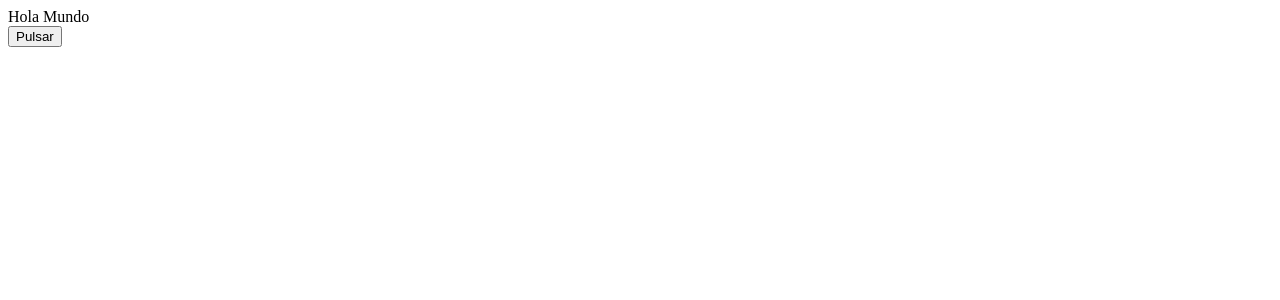
Repository: davidperezmillan/html5Public
Page: index.html
The author's editor kept a record of every edit. The page is drawn from the files as they stood at one moment, then again after the next edit.
The browser window is 1280 px wide. The pictures show the whole page.
After loading, the first visible `#btnChange` was clicked once.

Above is the page before.

### index.html
<!DOCTYPE html>
<html>
    <head>
        <title> </title>
    <script type="text/javascript"src="/js/jquery-1.10.2.js"></script>
    </head>
    <body>
    <div id="textChange">Hola Mundo</div>
    <button id="btnChange">Pulsar</button>

    <script>
        $(document).ready(function() {
        	$("#btnChange").click(function (){

	        });
        });


    </script>
    </body>
</html>

Loaded but not shown: js/jquery-1.10.2.js (library)

After the next edit:
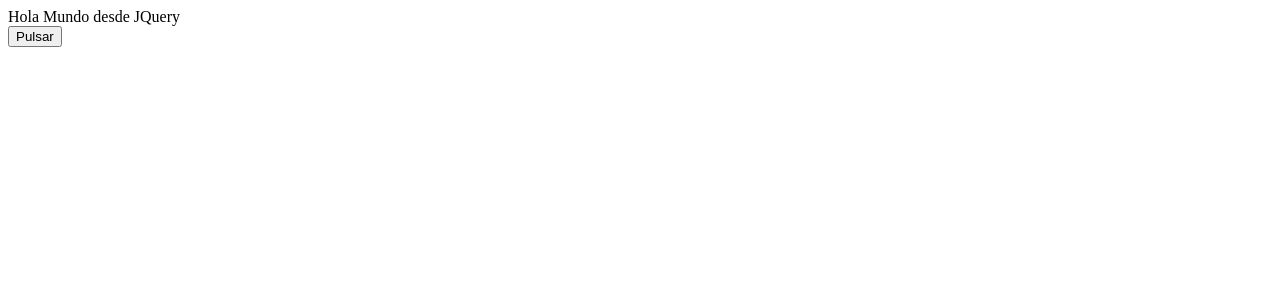
The edit:
--- a/index.html
+++ b/index.html
@@ -11,7 +11,7 @@
     <script>
         $(document).ready(function() {
         	$("#btnChange").click(function (){
-
+	    	    $("#textChange").html("Hola Mundo desde JQuery");
 	        });
         });
 
